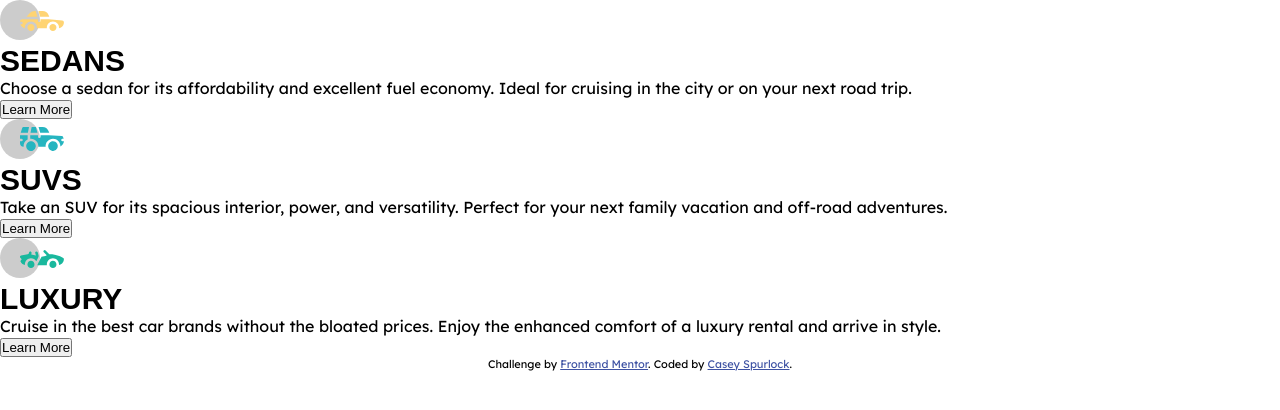
Repository: CaseySpurlock/3-column-preview-card-component-main
Page: index.html
These files come from the project's save history. The page is drawn as it stood at one moment and after the next save; the edit follows.
The browser window is 1280 px wide. The pictures show the whole page.

Above is the page before, as saved 2021-06-23 10:23:44.

### index.html
<!DOCTYPE html>
<html lang="en">
<head>
  <meta charset="UTF-8">
  <meta name="viewport" content="width=device-width, initial-scale=1.0"> <!-- displays site properly based on user's device -->

  <link rel="icon" type="image/png" sizes="32x32" href="./images/favicon-32x32.png">

  <title>Frontend Mentor | 3-column preview card component</title>

  <!-- Stylesheets -->
  <link rel="stylesheet" href="style.css">
  <link rel="preconnect" href="https://fonts.googleapis.com">
  <link rel="preconnect" href="https://fonts.gstatic.com" crossorigin>
  <link href="https://fonts.googleapis.com/css2?family=Big+Shoulders+Display:wght@700&family=Lexend+Deca&display=swap" rel="stylesheet">
</head>


<body>
  <div class="container">
    <div class="card">
      <img src="./images/icon-sedans.svg" alt="sedan img">
      <h3>Sedans</h3>
      <p>Choose a sedan for its affordability and excellent fuel economy. Ideal for cruising in the city
        or on your next road trip.</p>
        <button class="btn">Learn More</button>
    </div>

    <div class="card">
      <img src="./images/icon-suvs.svg" alt="suv img">
      <h3>SUVs</h3>
      <p>Take an SUV for its spacious interior, power, and versatility. Perfect for your next family vacation
        and off-road adventures.</p>
        <button class="btn">Learn More</button>
    </div>

    <div class="card">
      <img src="./images/icon-luxury.svg" alt="luxury img">
      <h3>Luxury</h3>
      <p>Cruise in the best car brands without the bloated prices. Enjoy the enhanced comfort of a luxury
      rental and arrive in style.</p>
      <button class="btn">Learn More</button>
    </div>
  </div>

  <footer>
    <div class="attribution">
      Challenge by <a href="https://www.frontendmentor.io?ref=challenge" target="_blank">Frontend Mentor</a>.
      Coded by <a href="https://csgc86.myportfolio.com/" target="_blank">Casey Spurlock</a>.
    </div>
  </footer>
</body>
</html>

### style.css
* {
    margin: 0;
    padding: 0;
    box-sizing: border-box;
}

body {
    font-family: "Lexend deca", sans-serif;
}

h3 {
    font-family: "Big Shoilders Display", sans-serif;
    text-transform: uppercase;
    font-size: 30px;
}


.attribution {
    font-size: 11px;
    text-align: center;
}

.attribution a {
    color: hsl(228, 45%, 44%);
}

After the next save:
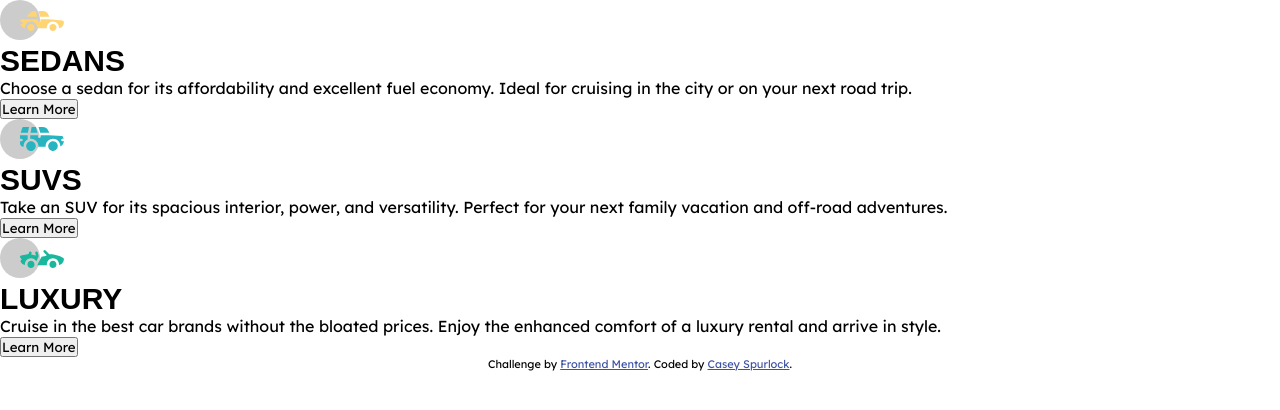
Saved 58 s later.
--- a/style.css
+++ b/style.css
@@ -4,7 +4,7 @@
     box-sizing: border-box;
 }
 
-body {
+body, button {
     font-family: "Lexend deca", sans-serif;
 }
 
